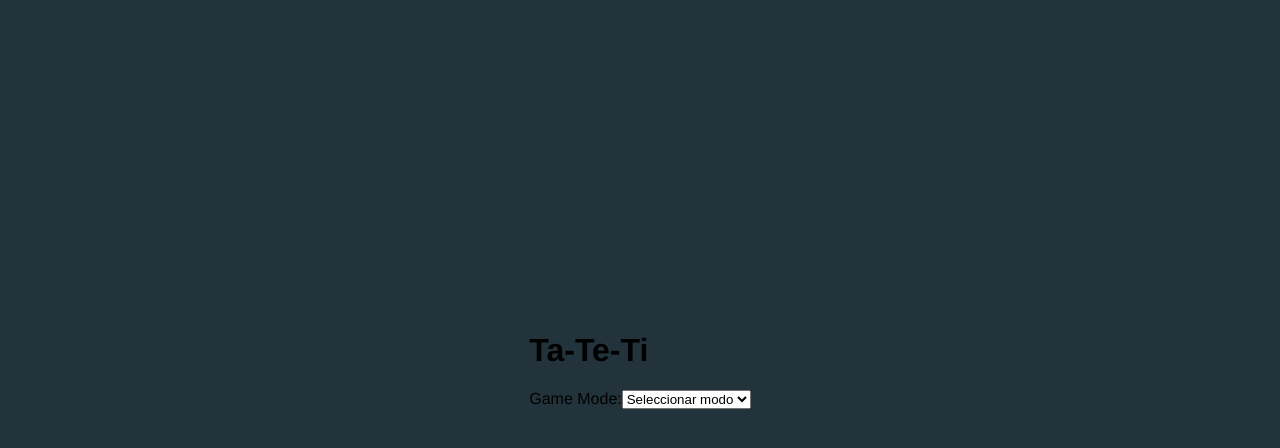
Repository: Herinyhert/Ta-Te-Ti
Page: /
The author's editor kept a copy of each file at every save. The page is drawn from the files as they stood at one save, then again after the next save.
The browser window is 1280 px wide. The pictures show the whole page.
The project was rebuilt for these pictures with package versions that can differ from the ones it lists, and the page was loaded fresh each time. Also part of the build but not shown: src/components/Square/Square.css, src/components/Square/Square.js, src/components/Board/Board.css, src/components/Board/Board.js, src/components/ScoreBoard/ScoreBoard.css, src/components/ScoreBoard/ScoreBoard.js, src/components/Landing/Landing.css.

Above is the page before, as saved 2023-05-28 03:23:33.

After the next save:
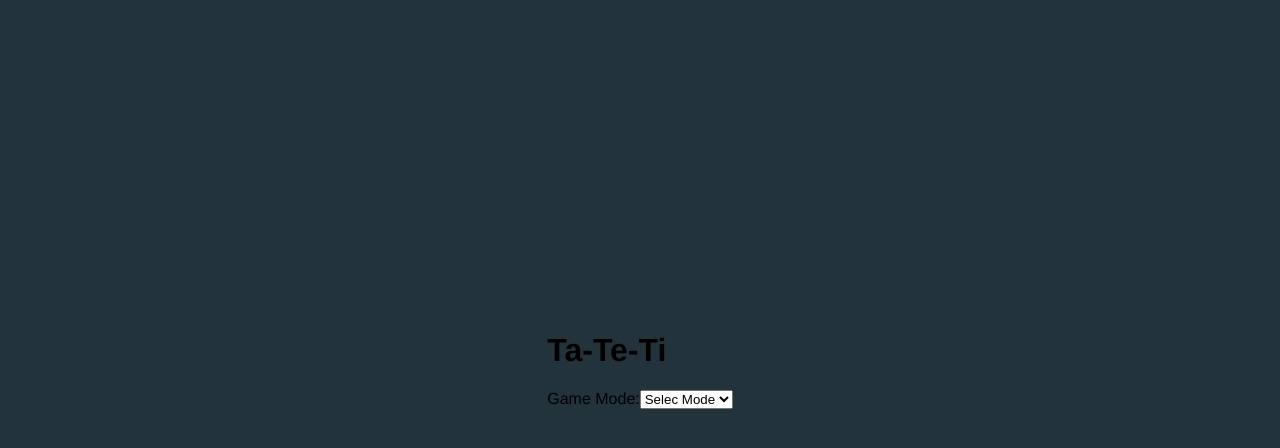
Saved 29 s later.
--- a/src/components/Landing/Landing.js
+++ b/src/components/Landing/Landing.js
@@ -24,7 +24,7 @@ const Landing = ()=>{
         <label>
           Game Mode:
           <select value={gameMode} onChange={handleGameModeChange}>
-            <option value="">Seleccionar modo</option>
+            <option value="">Selec Mode</option>
             <option value="1-player">1 Player</option>
             <option value="2-player">2 Players</option>
           </select>
